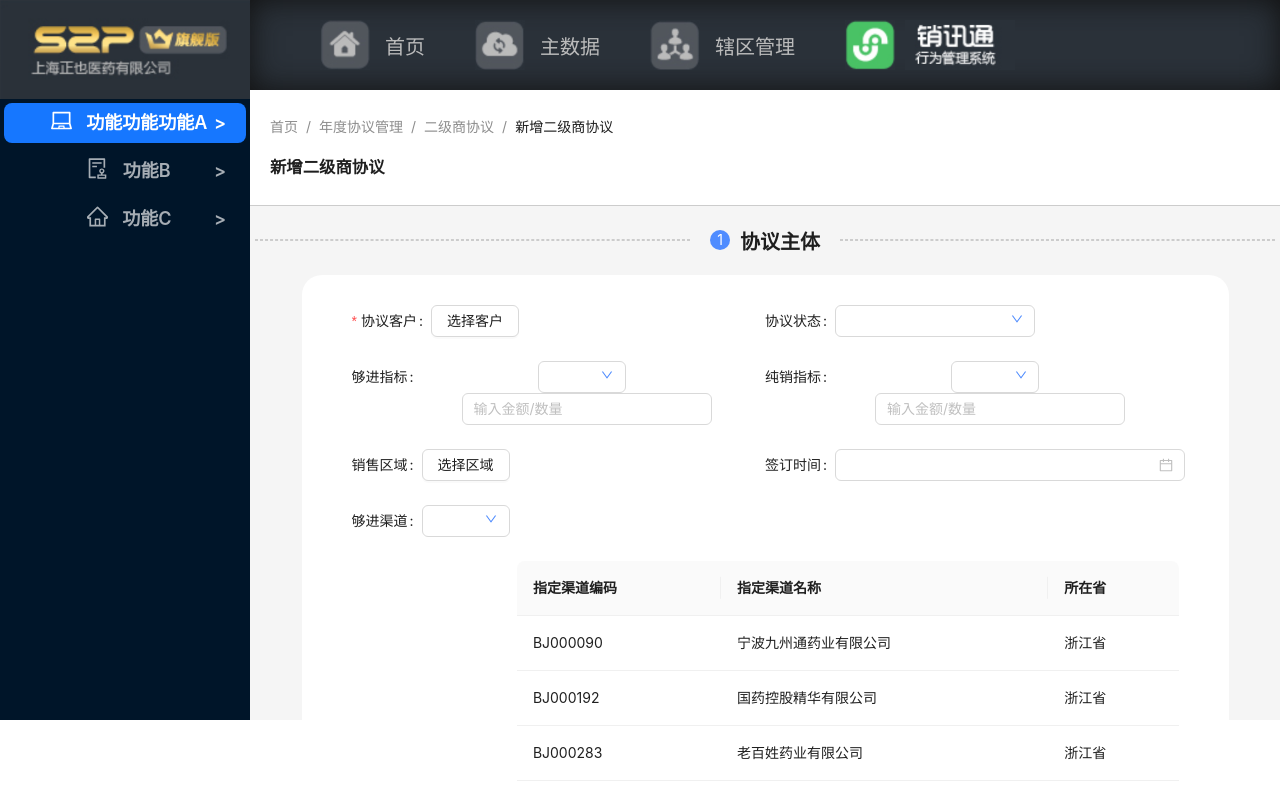
Repository: XiChips/questionB
Page: /
These files come from the project's save history. The page is drawn as it stood at one moment and after the next save; the edit follows.
The browser window is 1280 px wide. The pictures show the whole page.
The project was rebuilt for these pictures with package versions that can differ from the ones it lists, and the page was loaded fresh each time. Also part of the build but not shown: vue.config.js.

Above is the page before, as saved 2024-02-28 13:31:10.

After the next save:
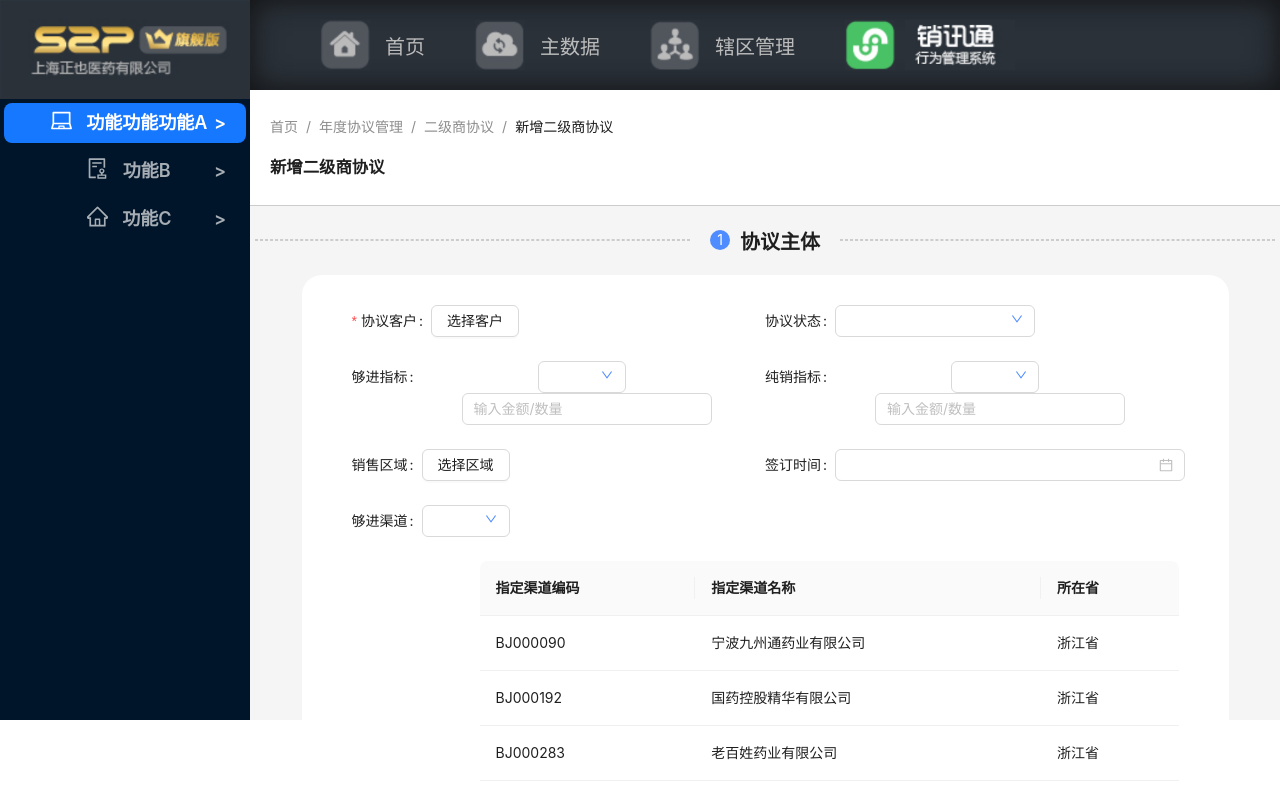
Saved 5 s later.
--- a/src/views/home.vue
+++ b/src/views/home.vue
@@ -110,7 +110,7 @@
                 </a-form-item>
               </div>
 
-              <div style="padding-left: 20%;">
+              <div style="padding-left: 10vw;">
                 <a-table :dataSource="data" :columns="columns" :pagination="false" />
               </div>
 
